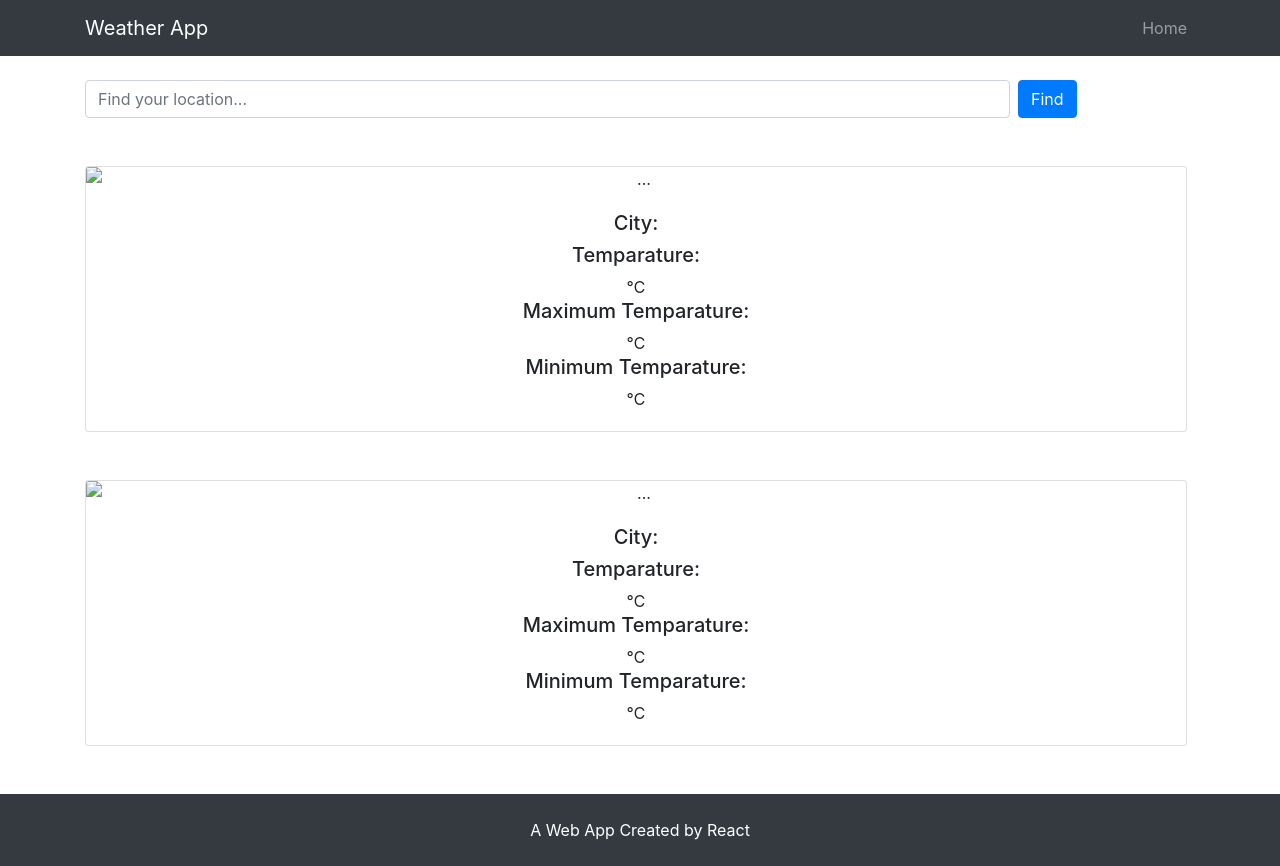
Repository: smk87/weather-app-react
Page: /
An editor plug-in stored every save of this project. The page is shown before and after the next save, followed by the edit.
The browser window is 1280 px wide. The pictures show the whole page.
The page's requests for data from a server got no answer. Some web libraries are served in a nearby version. The project was rebuilt for these pictures with package versions that can differ from the ones it lists, and the page was loaded fresh each time. A package was used in the major version that the imports need, not the one package.json lists. No one was signed in, and anything a server would have sent is missing.

Above is the page before, as saved 2019-02-06 18:17:15.

After the next save:
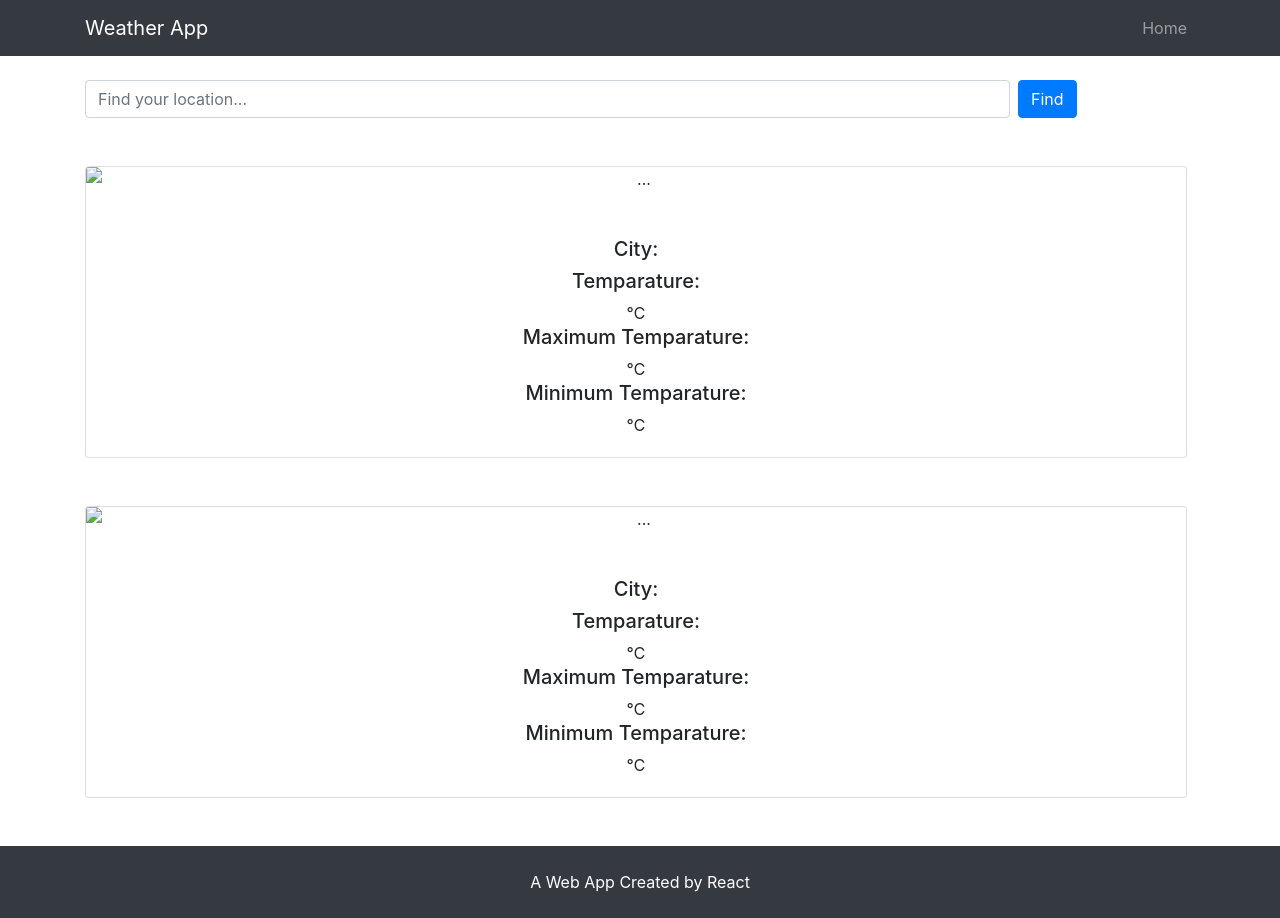
Saved 36 s later.
--- a/src/components/Weather.js
+++ b/src/components/Weather.js
@@ -90,7 +90,12 @@ export default class Weather extends Component {
   render() {
     return (
       <div className="mt-5 mr-2 h-50 l-25 card">
-        <img src={this.state.logo} className="card-img-top" alt="..." />
+        <img
+          height="50"
+          src={this.state.logo}
+          className="card-img-top"
+          alt="..."
+        />
 
         <div className="card-body">
           <div className="card-text">
